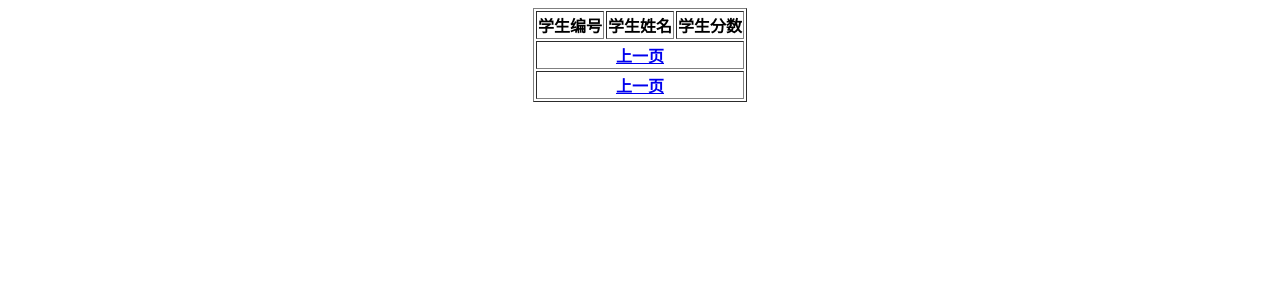
Repository: byuan98/study
Page: http://localhost/day071web/test/getallstudentpaging?pageNumber=-1
These files come from the project's save history. The page is drawn as it stood at one moment and after the next save; the edit follows.
The browser window is 1280 px wide. The pictures show the whole page.
The page is served by Tomcat 9. Queries for data that is not in the repository find no rows.

Above is the page before, as saved 2021-03-30 14:47:04.

After the next save:
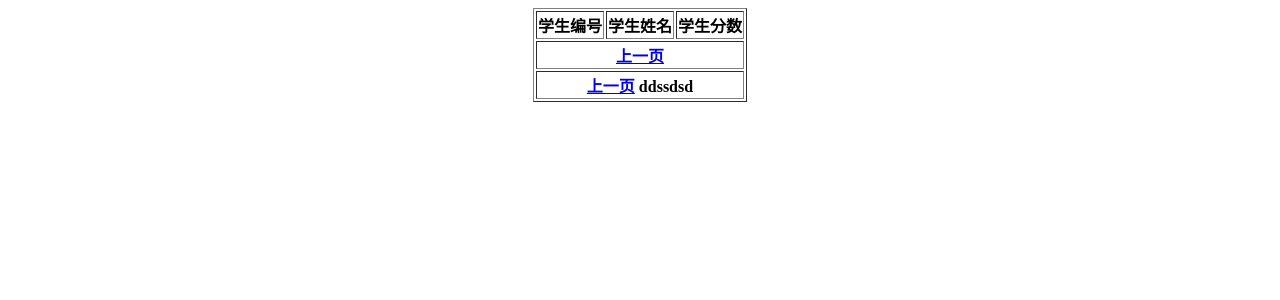
Saved 52 s later.
--- a/day071web/WebContent/jsp/pagingoptimization.jsp
+++ b/day071web/WebContent/jsp/pagingoptimization.jsp
@@ -75,10 +75,11 @@
             </core:otherwise>
           </core:choose>
         </core:forEach>
+        <font>ddssdsd</font>
         <core:if test="${requestScore.studentpaging.pageNumber lt requestScore.studentpaging.pageTotal}">
           <a href="<core:url value='/test/getallstudentpaging?pageNumber=${requestScope.studentpaging.pageNumber+1}'/>">下一页</a>
         </core:if>
-
+      </th>
     </tr>
   </table>
 </body>

After the save that followed:
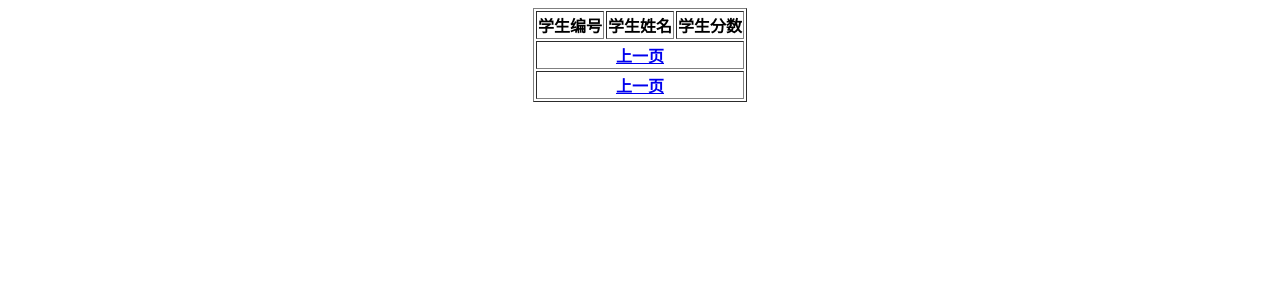
Saved 26 s later.
--- a/day071web/WebContent/jsp/pagingoptimization.jsp
+++ b/day071web/WebContent/jsp/pagingoptimization.jsp
@@ -42,7 +42,7 @@
       </th>
     </tr>
     <tr>
-      <th colspan="5">
+      <th colspan="3">
         <core:if test="${requestScope.studentpaging.pageNumber != 1}">
           <a href="<core:url value='/test/getallstudentpaging?pageNumber=${requestScope.studentpaging.pageNumber-1}'/>">上一页</a>
         </core:if>
@@ -75,7 +75,6 @@
             </core:otherwise>
           </core:choose>
         </core:forEach>
-        <font>ddssdsd</font>
         <core:if test="${requestScore.studentpaging.pageNumber lt requestScore.studentpaging.pageTotal}">
           <a href="<core:url value='/test/getallstudentpaging?pageNumber=${requestScope.studentpaging.pageNumber+1}'/>">下一页</a>
         </core:if>
